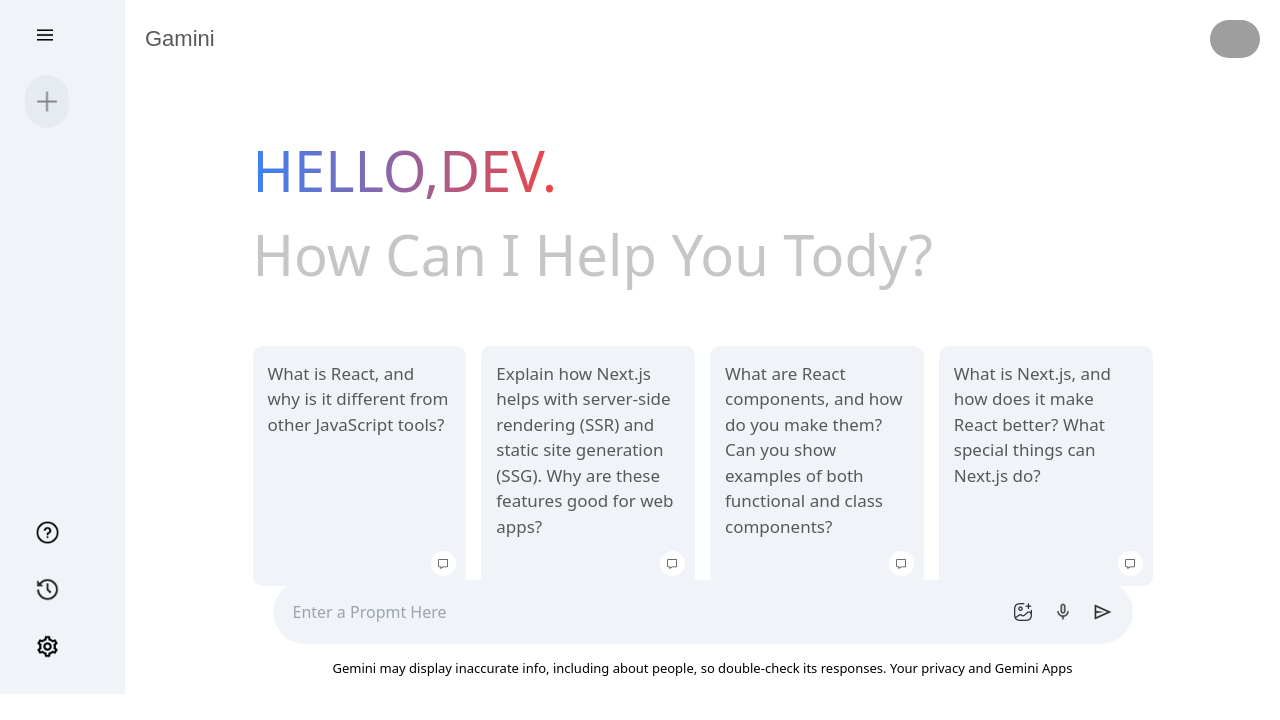
Repository: VilokMasuti/Gamini
Page: / (app in gamini/)
These files come from the project's save history. The page is drawn as it stood at one moment and after a run of saves; the edit follows.
The browser window is 1280 px wide. The pictures show the whole page.
Pictures or frames that could not be fetched are drawn as grey boxes. The project was rebuilt for these pictures with package versions that can differ from the ones it lists, and the page was loaded fresh each time. Also part of the build but not shown: gamini/vite.config.js.

Above is the page before, as saved 2024-03-19 12:36:57.

After the next 8 saves:
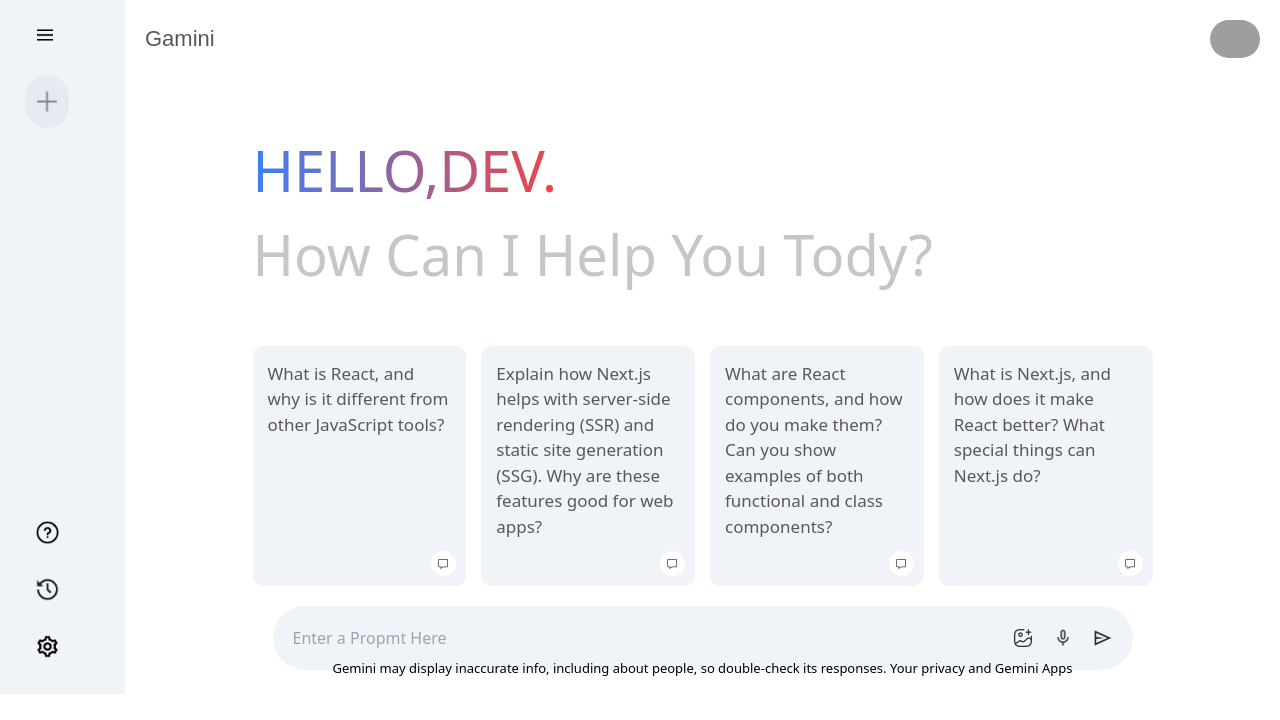
The 8 saves are shown as one change because they came seconds apart.
The last was saved 22 s later.
--- a/gamini/src/Components/Main/Main.jsx
+++ b/gamini/src/Components/Main/Main.jsx
@@ -45,7 +45,7 @@
           ))}
         </div>
         <div className=" bottom absolute bottom-0 w-full max-w-[900px] pl-[20px] pr-[20px] pt-0 pb-0  ">
-          <div className=" flex items-center  justify-between gap-[10px] rounded-[50px]  bg-[#f0f4f9] p-5 mt-[30%]   ">
+          <div className=" flex items-center  justify-between gap-[10px] rounded-[50px]  bg-[#f0f4f9] p-5 mb-[-3%]   ">
             {" "}
             <input
               className="   outline-none  flex items-center justify-between gap-[20px] bg-[#f0f4f9] "
